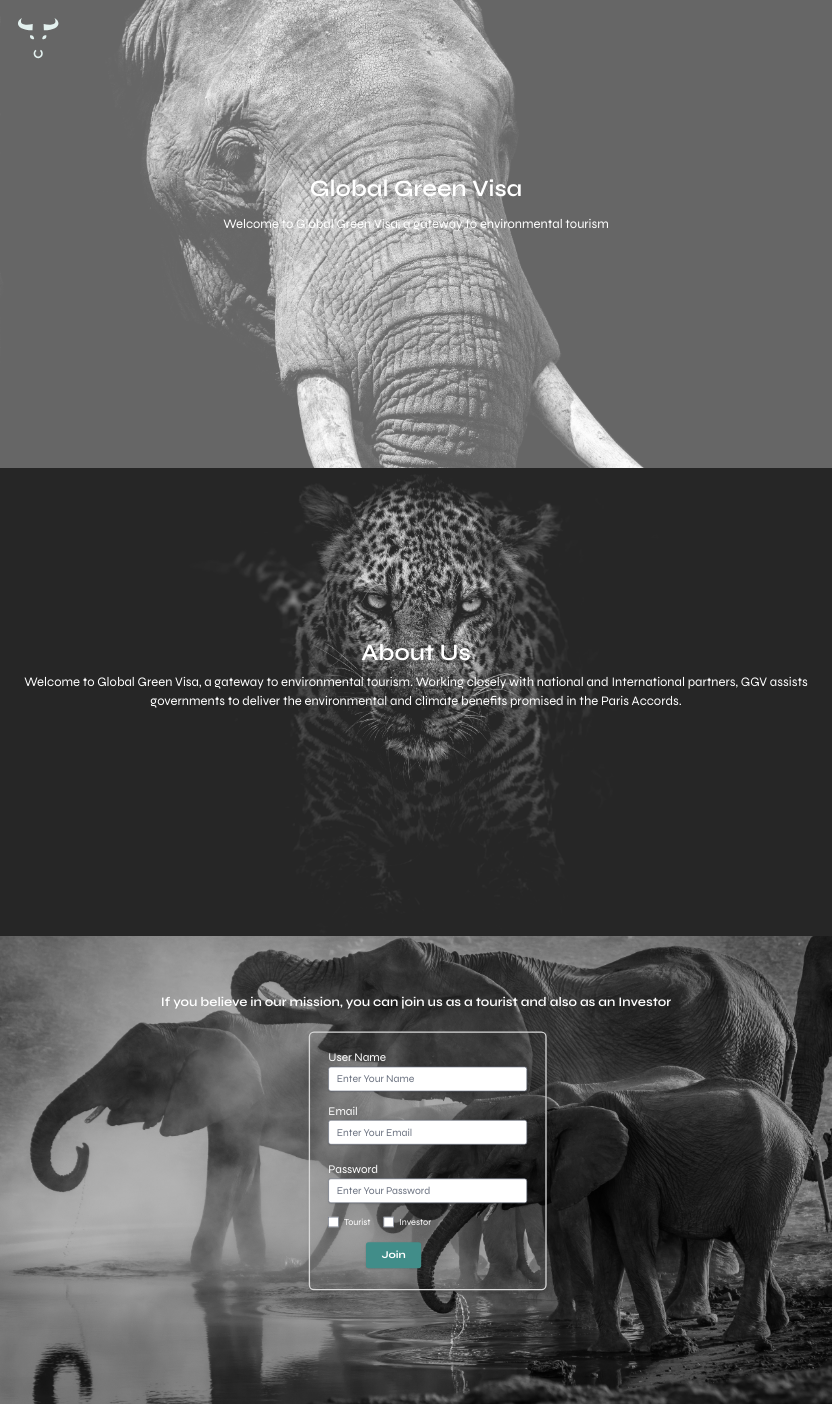
Repository: BrightonMboya/ggv-landingPage
Page: /
These files come from the project's save history. The page is drawn as it stood at one moment and after the next save; the edit follows.
The browser window is 1280 px wide. The pictures show the whole page, at 65% of full size.
The project was rebuilt for these pictures with package versions that can differ from the ones it lists, and the page was loaded fresh each time. The framework's server and built-in components were replaced by stand-ins that run in the browser. Also part of the build but not shown: next.config.js.

Above is the page before, as saved 2022-06-14 14:59:18.

### pages/index.js
import React from "react";
import styles from "../styles/Home.module.css";
import HomePage from "./HomePage";
import AboutUs from "./AboutUs";
import Contactus from "./Contactus";

// const index = () => {
//   return (
//     <React.Fragment>
//       <div className={`${styles.global} ${styles.container}`}>
//         <section className={`${styles.section}`}>
//           <HomePage />
//         </section>
//         <section className={`${styles.section}`}>
//           <AboutUs />
//         </section>
//         <section className={`${styles.section} ${styles.three}`}>
//           <Contactus />
//         </section>
//       </div>
//     </React.Fragment>
//   );
// };

const index = () => {
  return (
    <React.Fragment>
      {/* <div className={styles.global}>
        <div className={styles.container}>
          <section className={`${styles.section}`}>
            <HomePage />
          </section>
          <section className={`${styles.section} ${styles.two}`}>
            <AboutUs />
          </section>
          <section className={styles.section}>
            <Contactus />
          </section>
        </div>
      </div> */}

      <HomePage />
      <AboutUs />
      <Contactus />
    </React.Fragment>
  );
};

export default index;

### styles/globals.css
@tailwind base;
@tailwind components;
@tailwind utilities;

@layer base {
  html {
    font-family: Syne;
  }
}

### styles/Home.module.css
.global {
  margin: 0;
  padding: 0;
  box-sizing: border-box;
  font-family: "Syne";
  /* border: 2px solid yellow; */
}
.section {
  /* height: 100vh; */
  display: flex;
  justify-content: center;
  align-items: center;
  scroll-snap-align: start;
}

.container {
  scroll-snap-type: y mandatory;
  overflow-y: scroll;
  height: 100vh;
}

.bgWrap {
  position: fixed;
  /* height: 100vh; */
  /* min-height: 80vh; */
  width: 100vw;
  overflow: hidden;
  z-index: -1;
  height: 100vh;
}

.bg {
  /* max-width: 100%; */
  position: relative;
  /* opacity: 0.1; */
  background: linear-gradient(
    to bottom-right,
    rgba(71, 78, 117, 0.7),
    rgba(226, 27, 27, 0.7)
  );
  /* border: 2px solid red; */
  /* height: 100vh; */
}

.content {
  /* display: inline-block; */
  position: absolute;
  left: 50%;
  top: 45%;
  width: 100%;
  transform: translate(-50%, -50%);
}

@media (max-width: 480px) {
  .content p {
    margin: 0 auto;
    max-width: 400px;
  }
}

.two {
  background: rgb(211, 79, 79);
  background: linear-gradient(
      to bottom right,
      rgba(0, 1, 7, 0.7),
      rgb(78, 77, 77, 0.7)
    ),
    url("../public/about.jpg");
  background-size: cover;
  background-repeat: no-repeat;
  background-position: center;
  font-size: 45px;
  line-height: 65px;
  text-align: center;
  color: #ffffff;
}

### pages/HomePage.js
import React from "react";
import Head from "next/head";
import styles from "../styles/Home.module.css";
import Image from "next/image";

const HomePage = () => {
  return (
    <div className="">
      <Head>
        <title>Welcome to GGV</title>
        <meta
          name="description"
          content="Your Gateway to environmental tourism"
        />
        <style>
          @import
          url('https://fonts.googleapis.com/css2?family=Poppins:wght@400;500;600&family=Syne:wght@400;500;600;700&display=swap');
        </style>
      </Head>
      <div className={`${styles.bgWrap} ${styles.bg}`}>
        <Image
          src="/elephant.jpg"
          layout="fill"
          objectFit="cover"
          quality={100}
          style={{
            opacity: 0.6
          }}
        />
        <div className="w-[70px] h-[70px] relative mt-6 ml-6 ">
          <Image src="/logo.svg" layout="fill" objectFit="contain" />
        </div>
        <div className={styles.content}>
          <h2 className="text-white lg:text-4xl text-center text-6xl font-semibold">
            Global Green Visa
          </h2>
          <p className="text-white lg:text-xl text-center text-2xl py-5">
            Welcome to Global Green Visa, a gateway to environmental tourism
          </p>
        </div>
      </div>
    </div>
  );
};
export default HomePage;

### pages/AboutUs.js
import Image from "next/image";
import styles from "../styles/Home.module.css";
import Head from "next/head";

const AboutUs = () => {
  return (
    <div className={styles.global}>
      <Head>
        <title>Welcome to GGV</title>
        <meta
          name="description"
          content="Your Gateway to environmental tourism"
        />
        <style>
          @import
          url('https://fonts.googleapis.com/css2?family=Poppins:wght@400;500;600&family=Syne:wght@400;500;600;700&display=swap');
        </style>
      </Head>
      <div className={`${styles.bgWrap} ${styles.bg}`}>
        <Image
          src="/about.jpg"
          layout="fill"
          objectFit="cover"
          quality={100}
          style={{ opacity: 0.85 }}
        />
        <div className={styles.content}>
          <h2 className="text-white lg:text-4xl text-center text-4xl font-semibold">
            About Us
          </h2>
          <p className="text-white lg:text-xl text-center text-xl leading-loose py-3">
            Welcome to Global Green Visa, a gateway to environmental tourism.
            Working closely with national and International partners, GGV
            assists governments to deliver the environmental and climate
            benefits promised in the Paris Accords.
          </p>
        </div>
      </div>
    </div>
  );
};
export default AboutUs;

### pages/Contactus.js
import React from "react";
import Image from "next/image";
import styles from "../styles/Home.module.css";
import { useState } from "react";
import Head from "next/head";

const Contactus = () => {
  const [enteredName, setEnteredName] = useState("");
  const [enteredPassword, setEnteredPassword] = useState("");
  const [enteredMessage, setEnteredMessage] = useState("");

  const nameChangeHandler = (event) => {
    setEnteredName(event.target.value);
  };

  const passwordChangeHandler = (event) => {
    setEnteredPassword(event.target.value);
  };

  const messageChangeHandler = (event) => {
    setEnteredMessage(event.target.value);
  };

  const submitHandler = (event) => {
    event.preventDefault();
  };
  return (
    <div className="">
      <Head>
        <title>Welcome to GGV</title>
        <meta name="description" content="Join Our Family" />
        <style>
          @import
          url('https://fonts.googleapis.com/css2?family=Poppins:wght@400;500;600&family=Syne:wght@400;500;600;700&display=swap');
        </style>
      </Head>
      <div className={`${styles.bgWrap} ${styles.bg}`}>
        <Image
          src="/contact.jpg"
          layout="fill"
          objectFit="cover"
          quality={100}
        />
        <div className="flex items-center justify-center text-white">
          <div className={styles.content}>
            <h3 className="text-xl font-semibold md:text-xl text-center px-5">
              If you believe in our mission, you can join us as a tourist and
              also as an Investor
            </h3>
            <div className="max-w-xs md:max-w-3xl lg:max-w-full ml-[5vh] mt-8 flex items-center justify-center">
              <form
                onSubmit={submitHandler}
                className="shadow-md rounded-lg px-7 pt-6 pb-8 mb-4 border-gray border-2"
              >
                <div className="mb-4">
                  <label className="text-lg">User Name</label>
                  <input
                    type="text"
                    value={enteredName}
                    onChange={nameChangeHandler}
                    placeholder="Enter Your Name"
                    className="shadow appearance-none border rounded w-full py-2 px-3 text-gray-700 leading-tight focus:outline-none focus:shadow-outline"
                  />
                </div>
                <div className="mb-6">
                  <label className="text-lg">Email</label>
                  <input
                    type="email"
                    className="shadow appearance-none border rounded w-full py-2 px-3 text-gray-700 leading-tight focus:outline-none focus:shadow-outline"
                    onChange={passwordChangeHandler}
                    placeholder="Enter Your Email"
                    value={enteredPassword}
                  />
                </div>

                <div>
                  <label className="text-lg">Password</label>
                  <input
                    type="text"
                    className="shadow appearance-none border rounded w-full py-2 px-3 text-gray-700 leading-tight focus:outline-none focus:shadow-outline"
                    placeholder="Enter Your Password"
                    value={enteredMessage}
                    onChange={messageChangeHandler}
                  />
                </div>
                <div className="flex items-center mt-4">
                  <div>
                    <input type="checkbox" className="mr-2 leading-tight" />
                    <span className="text-sm text-center">Tourist</span>
                  </div>
                  <div className="ml-5">
                    <input type="checkbox" className="mr-2 leading-tight" />
                    <span className="text-sm text-center">Investor</span>
                  </div>
                </div>

                <div className="mt-5 ml-[8vh]">
                  <button className="shadow bg-green focus:shadow-outline focus:outline-none text-white font-bold py-2 px-6 rounded">
                    Join
                  </button>
                </div>
              </form>
            </div>
          </div>
        </div>
      </div>
    </div>
  );
};

export default Contactus;

### tailwind.config.js
module.exports = {
  content: [
    "./pages/**/*.{js,ts,jsx,tsx}",
    "./components/**/*.{js,ts,jsx,tsx}"
  ],
  theme: {
    extend: {
      colors: {
        black: "#000107",
        slate: "#E3F1EF",
        green: "#418D89",
        gray: "#D9D9D9"
      },
      fontFamily: {
        Syne: ["Syne", "sans-serif"]
      }
    }
  },
  plugins: [require("@tailwindcss/forms")]
};

Loaded but not shown: pages/_app.js (common file)

After the next save:
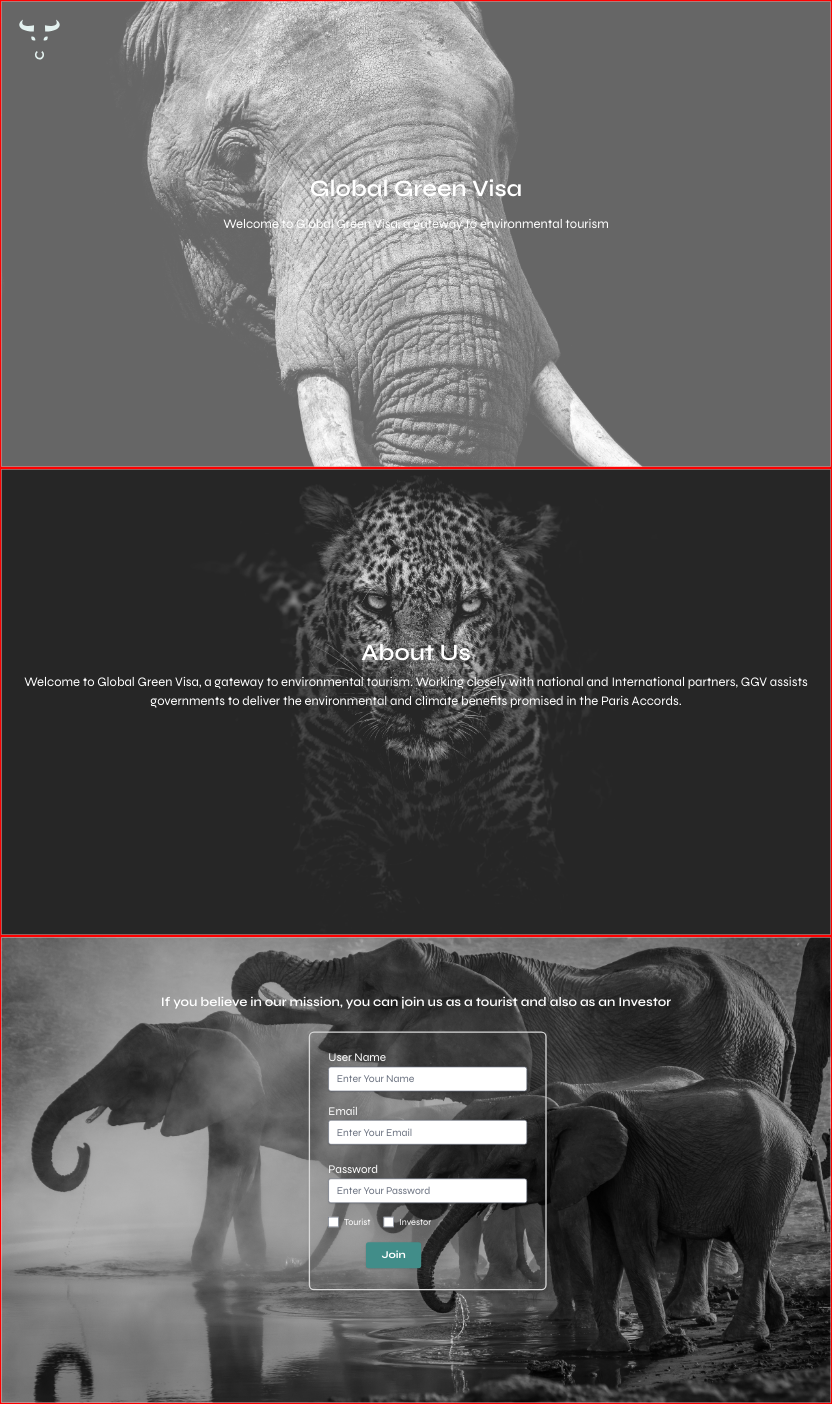
Saved 11 s later.
--- a/styles/Home.module.css
+++ b/styles/Home.module.css
@@ -38,7 +38,7 @@
     rgba(71, 78, 117, 0.7),
     rgba(226, 27, 27, 0.7)
   );
-  /* border: 2px solid red; */
+  border: 2px solid red;
   /* height: 100vh; */
 }
 

After the save that followed:
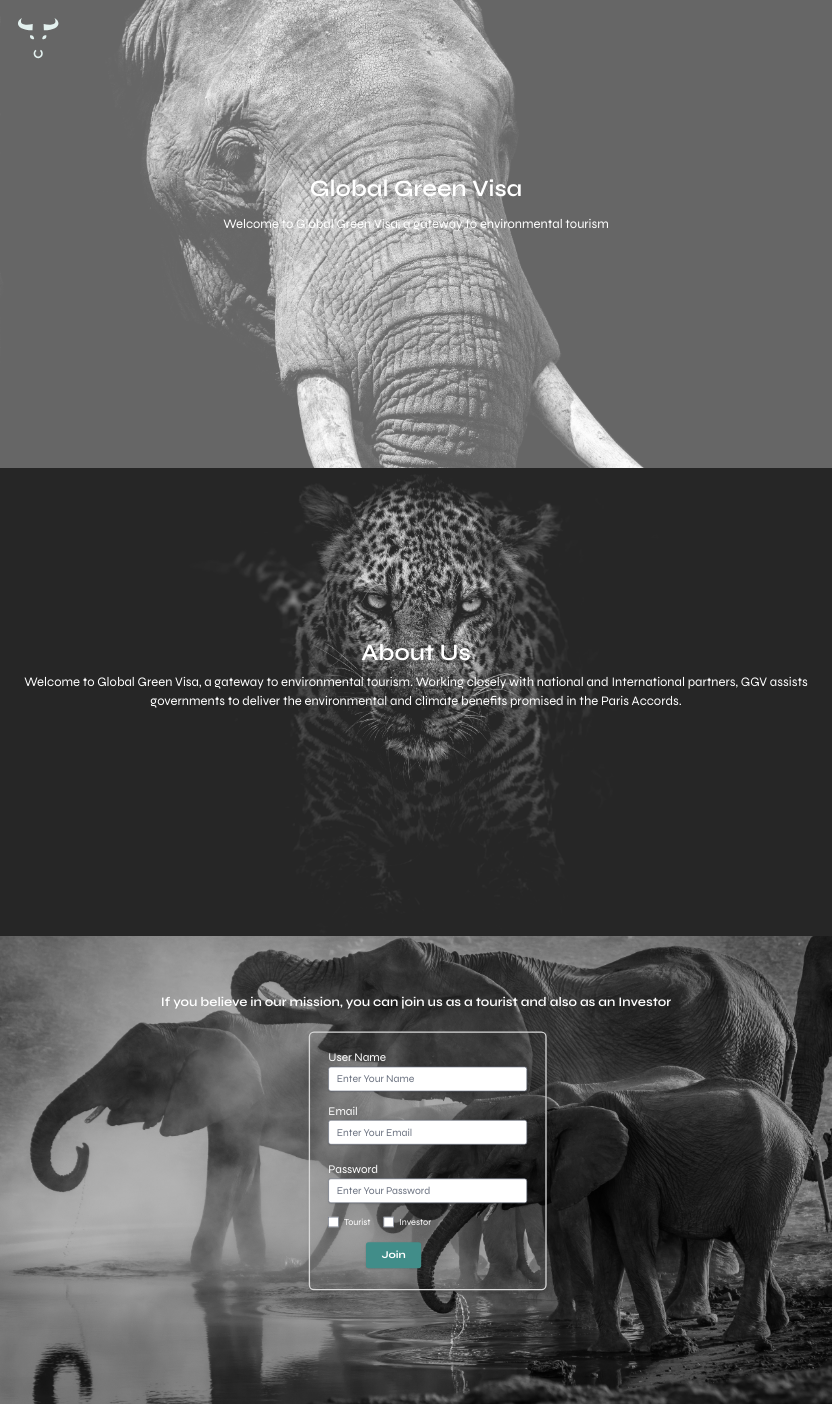
Saved 8 s later.
--- a/styles/Home.module.css
+++ b/styles/Home.module.css
@@ -38,7 +38,7 @@
     rgba(71, 78, 117, 0.7),
     rgba(226, 27, 27, 0.7)
   );
-  border: 2px solid red;
+  /* border: 2px solid red; */
   /* height: 100vh; */
 }
 
